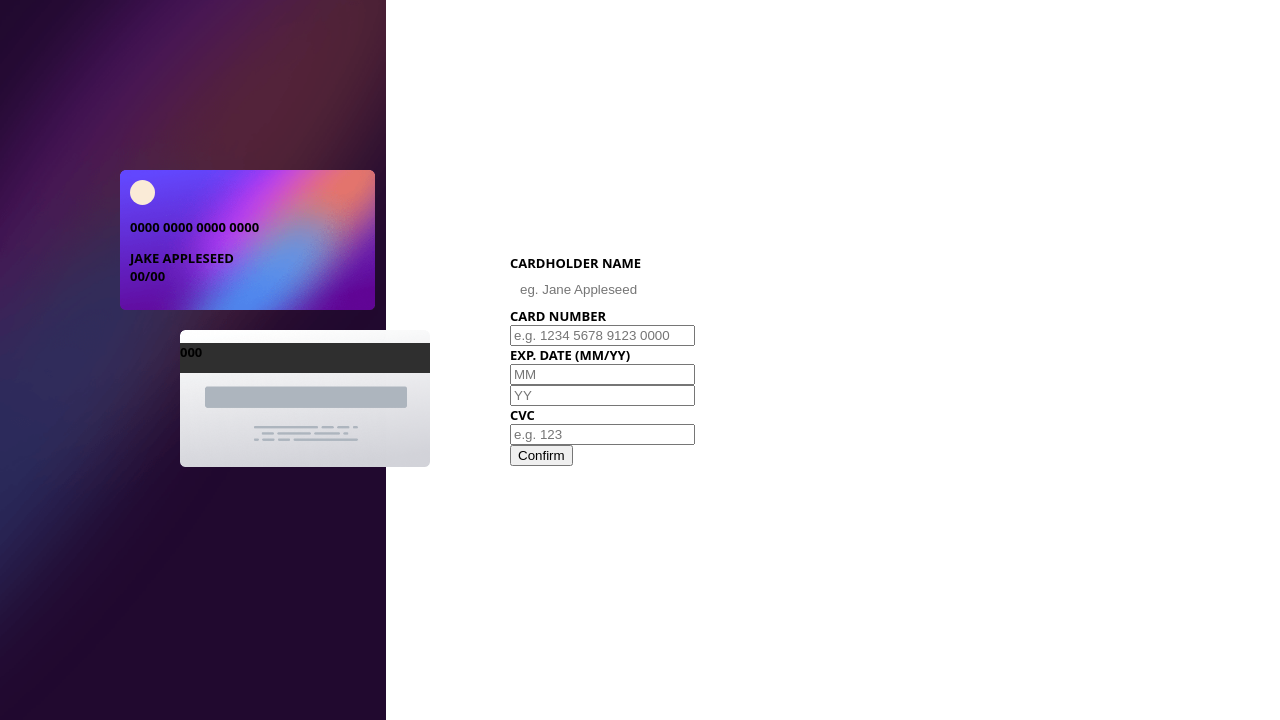
Repository: Celebration-cloud/my-project
Page: interactive-card-details-form-main/index.html
An editor plug-in stored every save of this project. The page is shown before and after the next save, followed by the edit.
The browser window is 1280 px wide. The pictures show the whole page.

Above is the page before, as saved 2023-08-23 00:45:04.

After the next save:
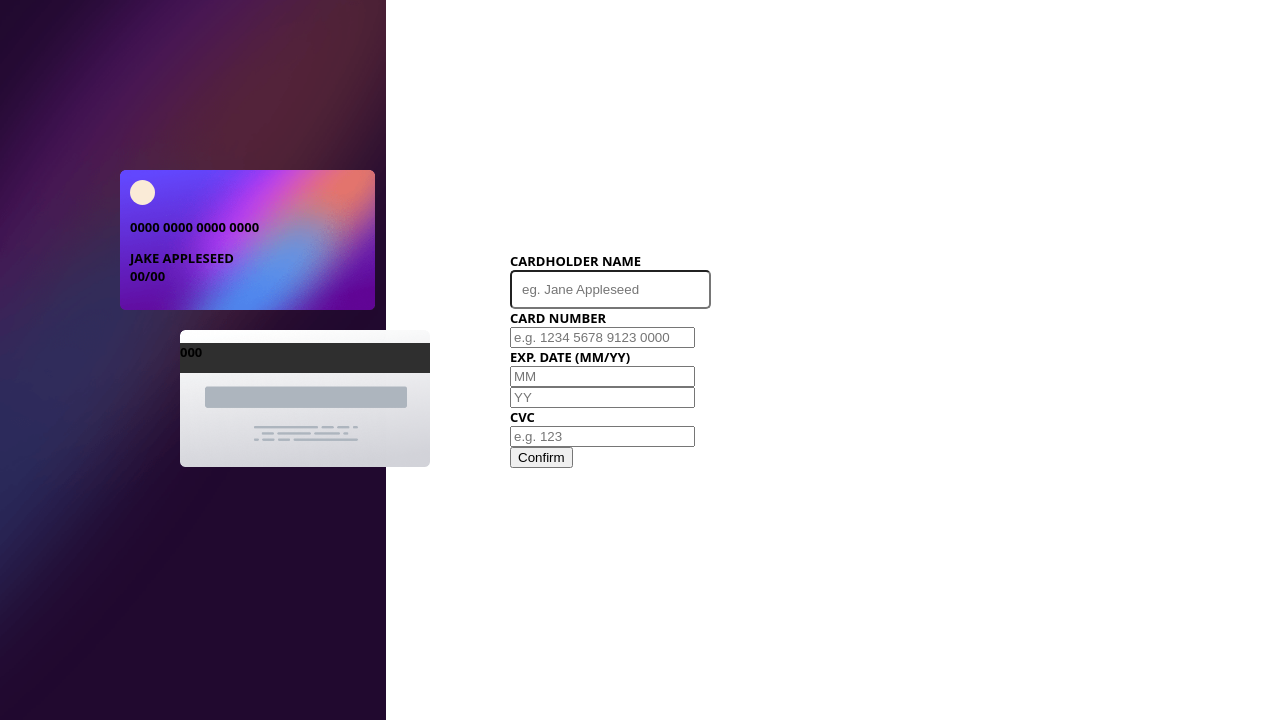
Saved 5 s later.
--- a/interactive-card-details-form-main/index.css
+++ b/interactive-card-details-form-main/index.css
@@ -70,5 +70,5 @@ body{
 #cardholder-numeber-input{
     padding: 10px;
     border-radius: 5px;
-    border: gray 10px;
+
 }
